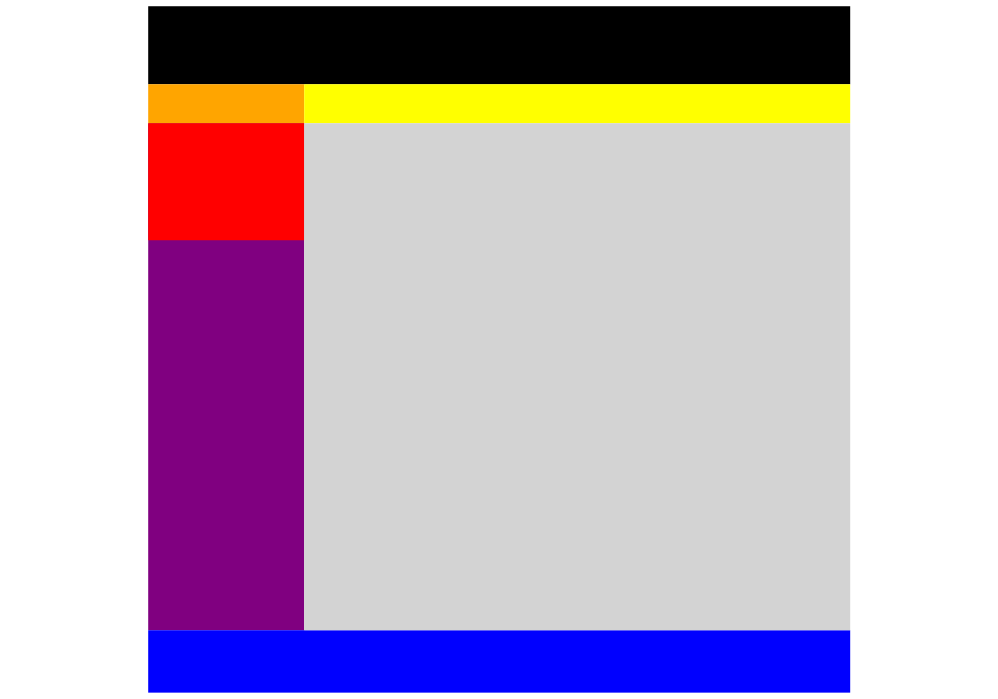
Repository: marudaga/html-css-lecture
Page: work/study/src/main/webapp/htmlEx/ch03/quiz.html
These files come from the project's save history. The page is drawn as it stood at one moment and after the next save; the edit follows.
The browser window is 1280 px wide. The pictures show the whole page, at 78% of full size.

Above is the page before, as saved 2022-09-06 12:15:25.

After the next save:
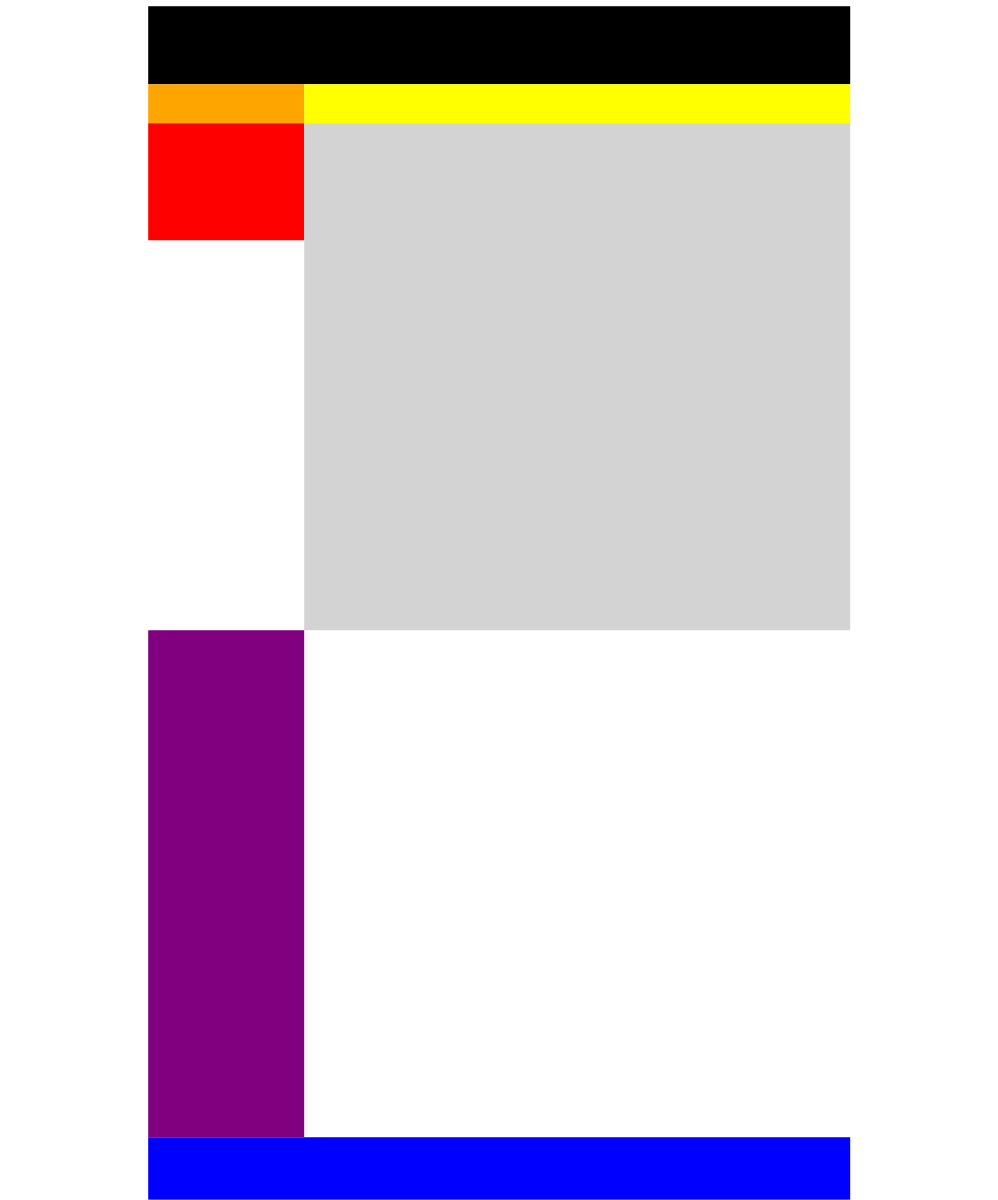
Saved 9 s later.
--- a/work/study/src/main/webapp/htmlEx/ch03/quiz.html
+++ b/work/study/src/main/webapp/htmlEx/ch03/quiz.html
@@ -53,7 +53,7 @@
 		<div>
 			<div class="box4" style="float: left; background: red; clear: both;"></div>
 			<div class="box6" style="float: left; background: lightgray;"></div>
-			<div class="box5" style="background: purple;"></div>
+			<div class="box5" style="background: purple;float: left;"></div>
 		</div>
 
 		<div style="clear: both"></div>

After the save that followed:
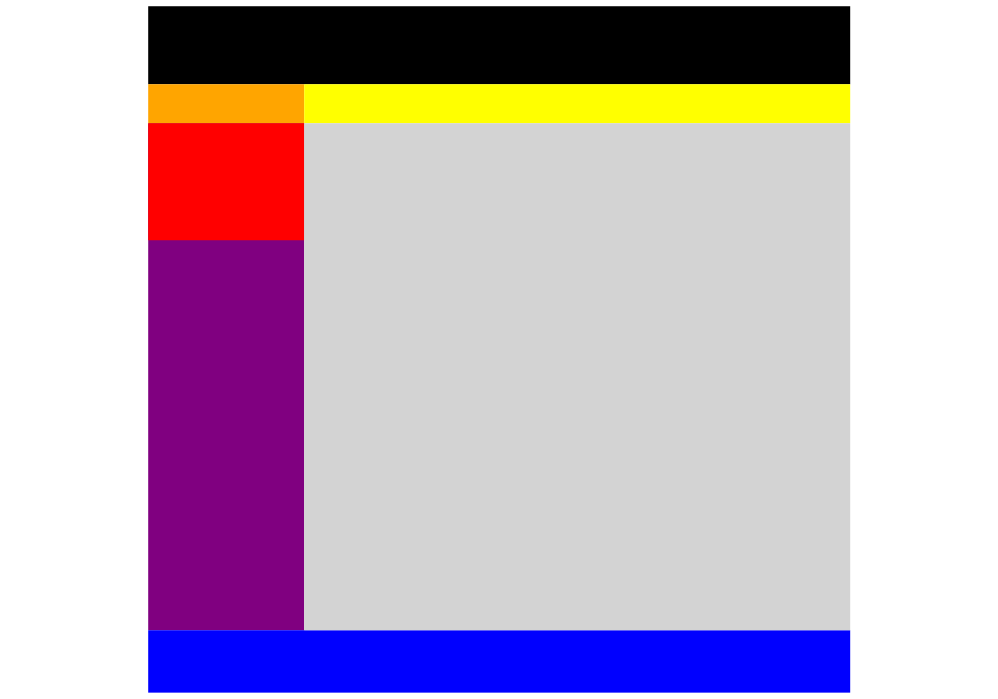
Saved 30 s later.
--- a/work/study/src/main/webapp/htmlEx/ch03/quiz.html
+++ b/work/study/src/main/webapp/htmlEx/ch03/quiz.html
@@ -53,7 +53,7 @@
 		<div>
 			<div class="box4" style="float: left; background: red; clear: both;"></div>
 			<div class="box6" style="float: left; background: lightgray;"></div>
-			<div class="box5" style="background: purple;float: left;"></div>
+			<div class="box5" style="background: purple;"></div>
 		</div>
 
 		<div style="clear: both"></div>
